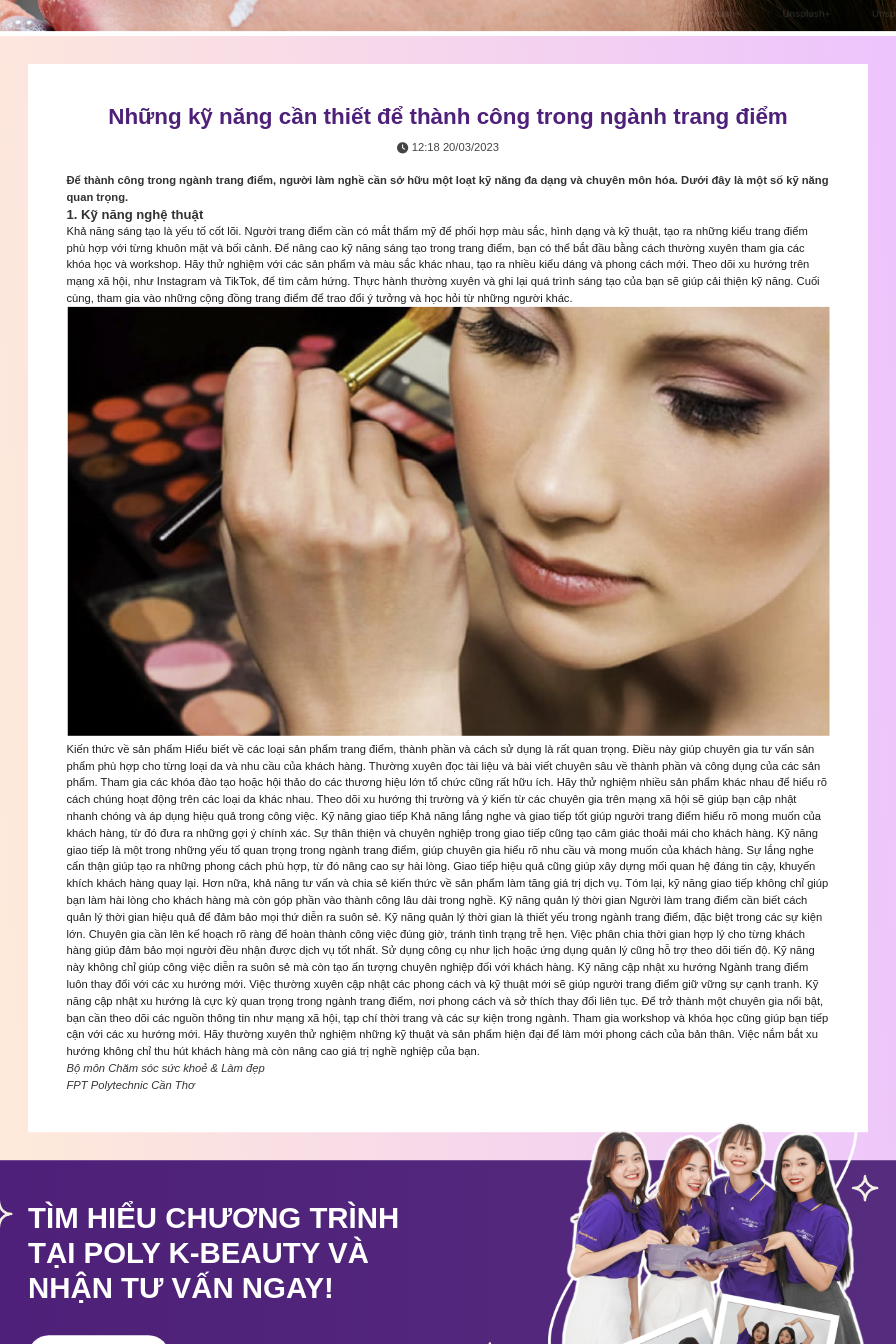
Repository: dinhtri123/k_beauty
Page: detail.html
These files come from the project's save history. The page is drawn as it stood at one moment and after the next save; the edit follows.
The browser window is 1280 px wide. The pictures show the part of the page from y = 498 to 2418 px (the page is 3441 px tall before and 3585 px after), at 70% of full size.
Some web fonts or font styles are not loaded; a fallback is used.

Above is the page before, as saved 2024-12-25 20:31:50.

After the next save:
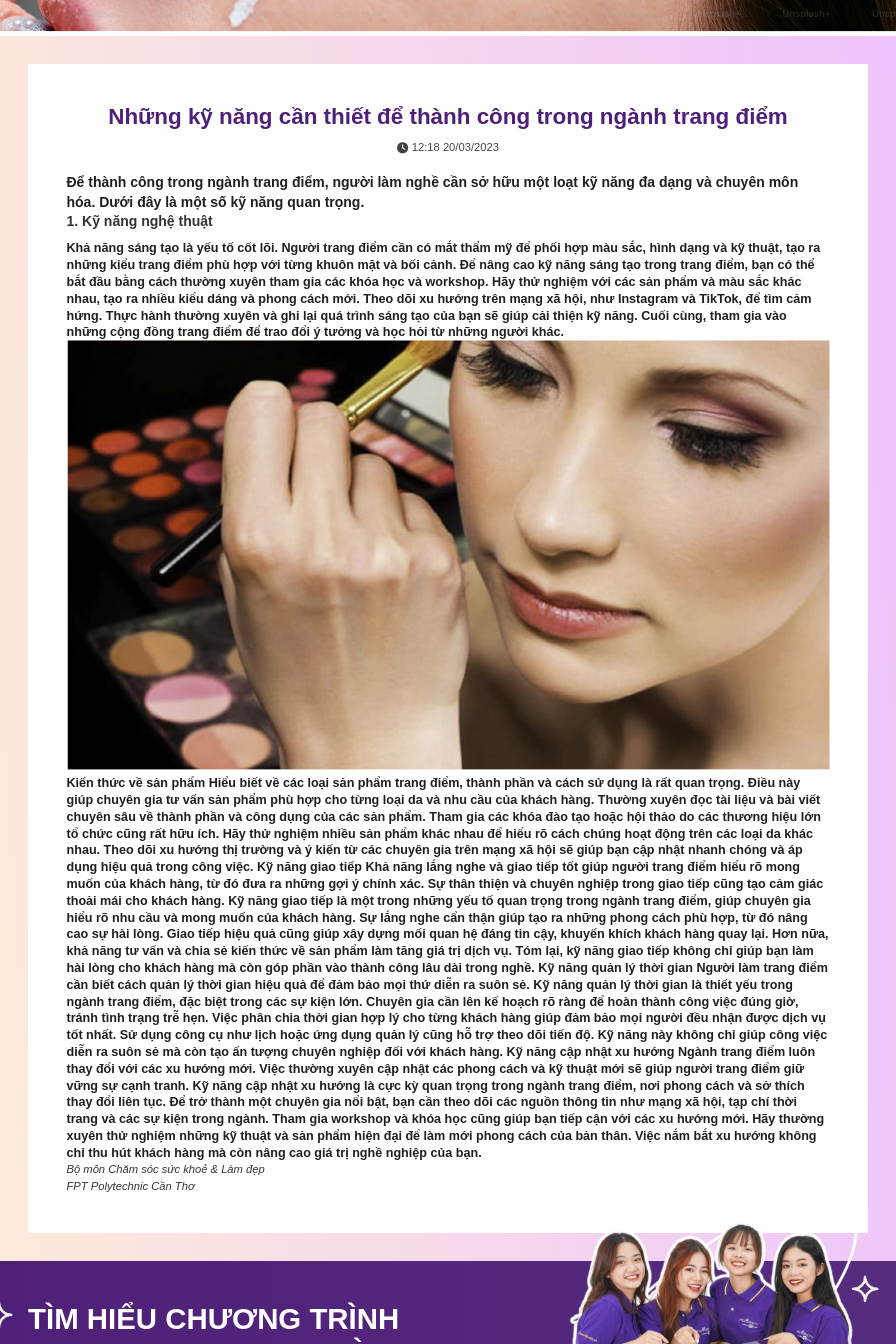
Saved 11 s later.
--- a/detail.html
+++ b/detail.html
@@ -98,7 +98,7 @@
         <div class="detail-main">
           <h2>Những kỹ năng cần thiết để thành công trong ngành trang điểm</h2>
           <time datetime=""><i class="fa-solid fa-clock"></i>12:18 20/03/2023</time>
-          <div class="detial-content">
+          <div class="detail-content">
             <b>Để thành công trong ngành trang điểm, người làm nghề cần sở hữu một loạt kỹ năng đa dạng và chuyên môn
               hóa. Dưới đây là
               một số kỹ năng quan trọng.</b>
